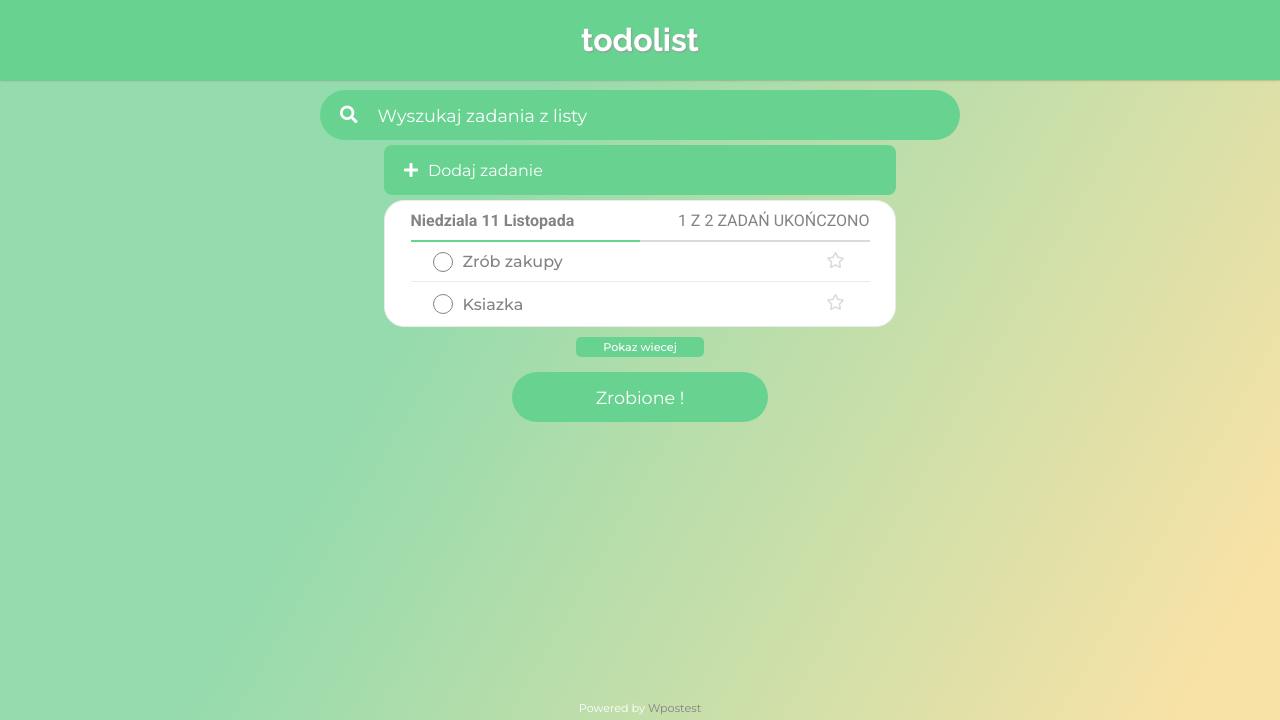
Repository: Wpostest/todolist
Page: src/index.html
These files come from the project's save history. The page is drawn as it stood at one moment and after the next save; the edit follows.
The browser window is 1280 px wide. The pictures show the whole page.
Some web libraries are served in a nearby version. The style sheet was rebuilt from its Sass, Less or Tailwind sources for each picture, by a compiler version that may differ from the author's.

Above is the page before, as saved 2020-01-29 15:40:32.

### src/index.html
<!DOCTYPE html>
<html lang="pl">
<head>
    <meta charset="UTF-8">
    <meta name="viewport" content="width=device-width, initial-scale=1.0">
    <meta http-equiv="X-UA-Compatible" content="ie=edge">
    <title>todolist</title>
    <link rel="stylesheet" href="css/app.css">
    <link href="https://fonts.googleapis.com/css?family=Lato:100,300,400,700|Montserrat:100,300,400,500,700|Open+Sans:300,400,700|Raleway:100,300,400,500,700|Roboto:100,300,400,500,700&display=swap" rel="stylesheet">
    <link rel="stylesheet" href="https://use.fontawesome.com/releases/v5.6.3/css/all.css" integrity="sha384-UHRtZLI+pbxtHCWp1t77Bi1L4ZtiqrqD80Kn4Z8NTSRyMA2Fd33n5dQ8lWUE00s/" crossorigin="anonymous">
</head>
<body>
    <header class="todolist__header">
        <h1 class="todolist__title">todolist</h1>
    </header>
    <section>
        <label class="todolist__search-wrapper" for="todolist__search">
            <i class="fas fa-search todolist__search-icon"></i>
            <input type="text" class="todolist__search" id="todolist__search" title="Szukaj" placeholder="Wyszukaj zadania z listy">
        </label>
        <label class="todolist__add-task-wrapper" for="todolist__add-task">
            <input type="text" class="todolist__add-task" id="todolist__add-task" title="Dodaj zadanie" placeholder="Dodaj zadanie">
            <i class="fas fa-plus todolist__add-task-icon"></i>
        </label>

        <ul class="todolist">
            <div class="todolist__information">
                <div class="todolist__current-time">Niedziala 11 Listopada</div>
                <div class="todolist__task-done-info">
                    <span class="todolist__count-done-task">1</span>
                    z
                    <span class="todolist__count-all-task">2</span>
                    zadań ukończono
                </div>
                <div class="todolist__line-done-percentage"></div>
            </div>
            <li class="todolist__task">
                <input type="checkbox" class="todolist__checkbox-done">
                <span>Zrób zakupy</span>
                <input type="checkbox" class="todolist__checkbox-star">
            </li>
            <li class="todolist__task">
                    <input type="checkbox" class="todolist__checkbox-done">
                    <span>Ksiazka</span>
                    <input type="checkbox" class="todolist__checkbox-star">
                </li>
            <!--<li>TEXT<input type="checkbox"><button>star-icon</button></li>-->
            <!--
                LISTA MA MIEC MAKSYMALNA WYSOKOSC PRZYCISK POKAZ WIECEJ MA USUWAC OGRANICZENIA WYSOKOSCI LUB WYSWIETLANYCH ELEMENTOW
                JEZELI UKONCZYSZ WSZYSTKIE ZADANIA MA POKAZAC SIE FAJNA ANIMACJA I ZNIKNAC PO KILKU SEKUNDACH
                CHECKBOX MA POKAZYWAC SIE Z LEWEJ STRONY
            -->
        </ul>
        <button class="todolist__show-more" title="Pokaż więcej zadań">Pokaz wiecej</button>
        <button class="todolist__done" title="Usuń skończone zadania z listy">Zrobione !</button>
    </section>
    <footer>
        <h6 class="todolist__copywrite">Powered by <a href="https://github.com/Wpostest/">Wpostest</a></h6>
    </footer>
    <script src="js/app.js"></script>
</body>
</html>

### src/sass/app.scss
@import 'reset';
@import 'variables';
@import 'components/checkboxes/checkbox_done.scss';
@import 'components/checkboxes/checkbox_star.scss';
@import 'todolist/todolist';

### src/sass/reset.scss
html, body, div, span, applet, object, iframe, h1, h2, h3, h4, h5, h6, p, blockquote, pre, a, abbr, acronym, address, big, cite, code, del, dfn, em, img, ins, kbd, q, s, samp, small, strike, strong, sub, sup, tt, var, b, u, i, center, dl, dt, dd, ol, ul, li, fieldset, form, label, legend, table, caption, tbody, tfoot, thead, tr, th, td, article, aside, canvas, details, embed, figure, figcaption, footer, header, hgroup, menu, nav, output, ruby, section, summary, time, mark, audio, video, input {
    margin: 0;
    padding: 0;
    border: 0;
    font-size: 100%;
    font: inherit;

    // Sposób wyliczania wysokości i szerokości elementu.
    // Szerokość elementu np 25% zawiera już paddingi oraz border.
    box-sizing: border-box;

    vertical-align: baseline; }

article, aside, details, figcaption, figure, footer, header, hgroup, menu, nav, section {
    display: block; }

a {
    text-decoration: none;
    outline: none;
}

button {
    outline: none;
}

ol, ul {
    list-style: none; }

blockquote, q {
    quotes: none; }

blockquote {
    &:before, &:after {
        content: '';
        content: none; } }

q {
    &:before, &:after {
        content: '';
        content: none; } }

table {
    border-collapse: collapse;
    border-spacing: 0; }

### src/sass/variables.scss
$background_primary: #68d391;
$background_secoundary: #94dbad;
$font-color_primary: #fff;
$font-color_secoundary: rgb(133, 130, 130);
$font-family_primary: 'Montserrat', sans-serif;
$font-family_secoundary: 'Roboto', sans-serif;
$font-size_xxl: 2rem;
$font-size_xl: 1.5rem;
$font-size_l: 1.1rem;
$font-size_m: 1rem;
$font-size_s: .9rem;
$font-size_xs: .7rem;
$font-size_xxs: .5rem;

### src/sass/components/checkboxes/checkbox_done.scss
.todolist__checkbox-done{
    position: relative;
    -webkit-appearance: none;
    display: inline-block;
    width: 20px;
    height: 20px;
    background-color: #fff;
    border-radius: 50%;
    border: 1px solid $font-color_secoundary;

    outline: none;
    margin-left: 22px;
    margin-right: 10px;
    transition: transform .5s, border-radius .5s, background-color .5s;
    cursor: pointer;

    &::before{
        content: '';
        position: absolute;
        top: -16px;
        left: -20px;
        width: 40px;
        height: 40px;
    }

    &::after{
        position: absolute;
        width: 100%;
        height: 100%;
        top: 50%;
        left: 50%;
        transform: translate(-43%,-36%) rotate(45deg);
        color: $font-color_primary;
        font-family: "Font Awesome 5 Free";
        font-weight: 900;
        content: "\f00c";
        font-size: 8px;
        opacity: 0;
        transition: opacity .5s;
        transition-delay: .2s;
    }

    &:checked{
        transform: rotate(-45deg);
        border-radius: 50%;
        border: none;
        background-color: $background_primary;

        &~ span{
            text-decoration: line-through;
        }

        &::after{
            opacity: 1;
        }

        &::before{
            transform: rotate(45deg);
            top: -20px;
            left: -18px;
        }
    }
}

### src/sass/components/checkboxes/checkbox_star.scss
.todolist__checkbox-star{
    position: absolute;
    top: 50%;
    transform: translateY(-25%);
    right: 25px;
    width: 50px;
    height: 100%;
    -webkit-appearance: none;
    outline: none;
    text-align: right;

    &::after{
        font-family: "Font Awesome 5 Free";
        font-weight: 500;
        content: "\f005";
        position: absolute;
        top: 0;
        left: 0;
        width: 100%;
        height: 100%;
        font-size: 1rem;
        opacity: 1;
        visibility: visible;
        color: #dadada;
    }

    &::before{
        font-family: "Font Awesome 5 Free";
        font-weight: 900;
        content: "\f005";
        position: absolute;
        top: 0;
        left: 0;
        width: 100%;
        height: 100%;
        color: #fff;
        font-size: 1rem;
        opacity: 0;
        visibility: hidden;
        color: #ffe46b;
    }

    &:checked{
        &::after{
            opacity: 0;
            visibility: hidden;
        }

        &::before{
            opacity: 1;
            visibility: visible;
        }
    }
}

### src/sass/todolist/todolist.scss
body{
    background: rgb(148,219,173);
    background: linear-gradient(120deg, rgba(148,219,173,1) 34%, rgba(248,226,166,1) 94%);
    height: 100vh;
}

.todolist__header{
    width: 100%;
    height: 80px;
    background-color: $background_primary;
    box-shadow: 0px -1px 3px 0px rgba(0,0,0,0.75);
    margin-bottom: 10px;

    .todolist__title{
        color: $font-color_primary;
        font-size: 2rem;
        font-family: 'Raleway', sans-serif;
        font-weight: 600;
        text-align: center;
        text-shadow: 1px 1px 2px rgba(150, 150, 150, 1);
        line-height: 80px;
    }
}

section{
    display: flex;
    flex-direction: column;
    align-items: center;
}

.todolist__search-wrapper{
    background-color: $background_primary;
    width: 50%;
    height: 50px;
    border-radius: 50px;
    display: flex;
    flex-direction: row;
    justify-content: flex-start;
    align-items: center;
    margin-bottom: 5px;

    &:hover{
        //box-shadow: 0 1px 2px 0 rgba(32,33,36,0.28);
    }

    .todolist__search-icon{
        color: $font-color_primary;
        margin-left: 20px;
        font-size: $font-size_l;
    }

    .todolist__search{
        color: $font-color_primary;
        outline: none;
        margin-left: 20px;
        margin-right: 50px;
        width: 100%;
        height: 80%;
        background-color: $background_primary;
        font-size: $font-size_l;
        font-family: $font-family_primary;

        &::placeholder{
            color: $font-color_primary;
        }

        &:focus{
            &::placeholder{
                opacity: 0;
                visibility: hidden;
            }
        }
    }
}

.todolist__add-task-wrapper{
    background-color: $background_primary;
    width: 40%;
    height: 50px;
    border-radius: 8px;
    display: flex;
    flex-direction: row-reverse;
    justify-content: flex-start;
    align-items: center;
    margin-bottom: 5px;

    .todolist__add-task-icon{
        color: $font-color_primary;
        margin-left: 20px;
        font-size: $font-size_m;
    }

    .todolist__add-task{
        color: $font-color_primary;
        outline: none;
        margin-left: 10px;
        margin-right: 50px;
        width: 100%;
        height: 80%;
        background-color: $background_primary;
        font-size: $font-size_m;
        font-family: $font-family_primary;

        &:hover{
            //box-shadow: 0 1px 2px 0 rgba(32,33,36,0.28);
        }

        &::placeholder{
            color: $font-color_primary;
        }

        &:focus{
            &::placeholder{
                opacity: 0;
                visibility: hidden;
            }

            & ~ .todolist__add-task-icon{
                transition: transform .7s;
                transform: rotate(360deg);
            }
        }
    }
}

.todolist{
    width: 40%;
    background: #fff;
    border-radius: 20px;
    border: 1px solid #ebebeb;
    margin-bottom: 10px;

    .todolist__information{
        width: 90%;
        margin-left: auto;
        margin-right: auto;
        color: $font-color_secoundary;
        font-weight: 600;
        padding-top: 10px;
        font-family: $font-family_secoundary;
        display: flex;
        flex-direction: row;
        flex-wrap: wrap;

        .todolist__current-time{
            font-size: $font-size_m;
            width: 50%;
        }

        .todolist__task-done-info{
            font-weight: 400;
            width: 50%;
            text-align: right;
            text-transform: uppercase;
        }

        .todolist__line-done-percentage{
            width: 100%;
            height: 2px;
            background: linear-gradient(to right, $background_primary 0%, $background_primary 50%, #dadada 50%, #dadada 100%);
            margin-top: 10px;
        }
    }

    .todolist__task{
        margin-left: auto;
        margin-right: auto;
        width: 90%;
        color: $font-color_secoundary;
        height: 40px;
        background-color: #fff;
        font-size: $font-size_m;
        font-weight: 500;
        font-family: $font-family_primary;
        display: flex;
        flex-direction: row;
        justify-content: flex-start;
        align-items: center;
        margin-bottom: 2px;
        position: relative;
        border-bottom: 1px solid #ebebeb;

        &:last-child{
            border: none;
        }
    }
}

.todolist__show-more{
    background-color: $background_primary;
    border: none;
    border-radius: 5px;
    width: 10%;
    height: 20px;
    color: $font-color_primary;
    font-size: $font-size_xs;
    font-weight: 500;
    font-family: $font-family_primary;
    cursor: pointer;
    margin-bottom: 15px;
}

.todolist__done{
    background-color: $background_primary;
    border: none;
    border-radius: 25px;
    width: 20%;
    height: 50px;
    color: $font-color_primary;
    font-size: $font-size_l;
    font-family: $font-family_primary;
    cursor: pointer;
    transition: transform .5s;
}

.todolist__copywrite{
    font-size: $font-size_xs;
    color: $font-color_primary;
    position: absolute;
    left: 50%;
    bottom: 5px;
    transform: translateX(-50%);
    font-family: $font-family_primary;

    a{
        color: $font-color_secoundary;
    }
}

Loaded but not shown: src/js/app.js (no stored copy; drawn as an empty file)

After the next save:
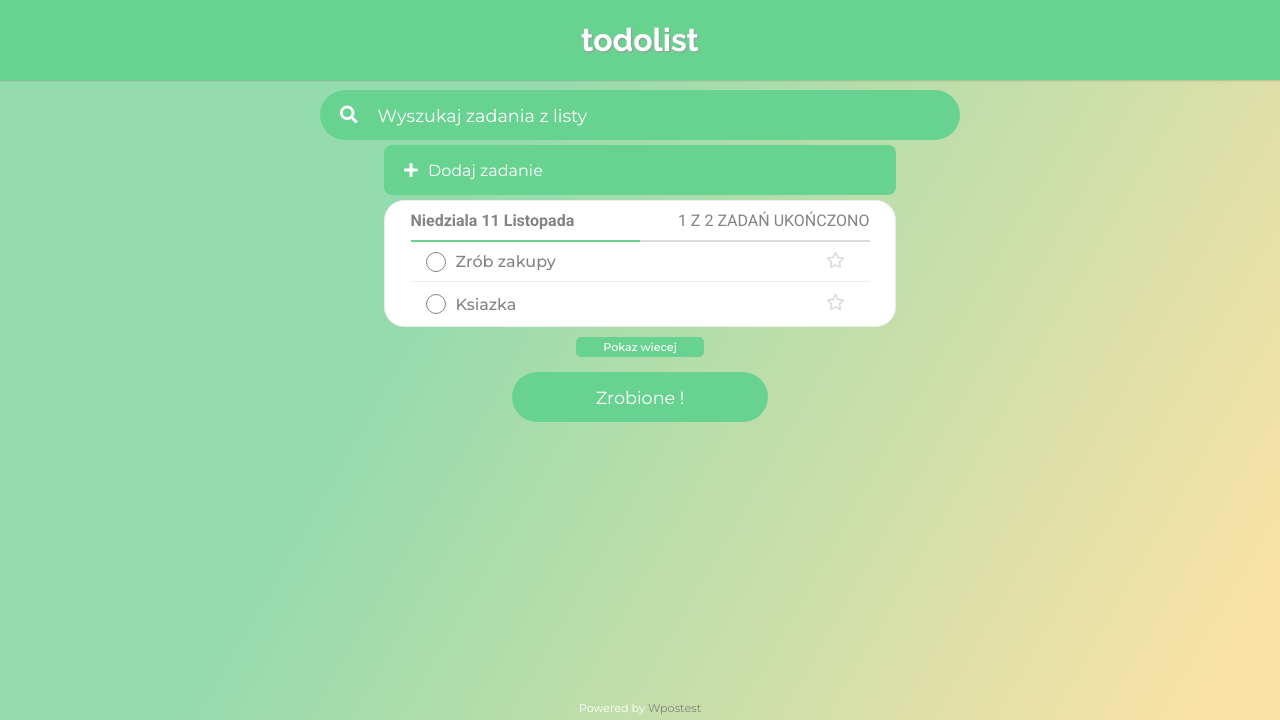
Saved 42 s later.
--- a/src/sass/components/checkboxes/checkbox_done.scss
+++ b/src/sass/components/checkboxes/checkbox_done.scss
@@ -7,9 +7,8 @@
     background-color: #fff;
     border-radius: 50%;
     border: 1px solid $font-color_secoundary;
-
     outline: none;
-    margin-left: 22px;
+    margin-left: 15px;
     margin-right: 10px;
     transition: transform .5s, border-radius .5s, background-color .5s;
     cursor: pointer;
